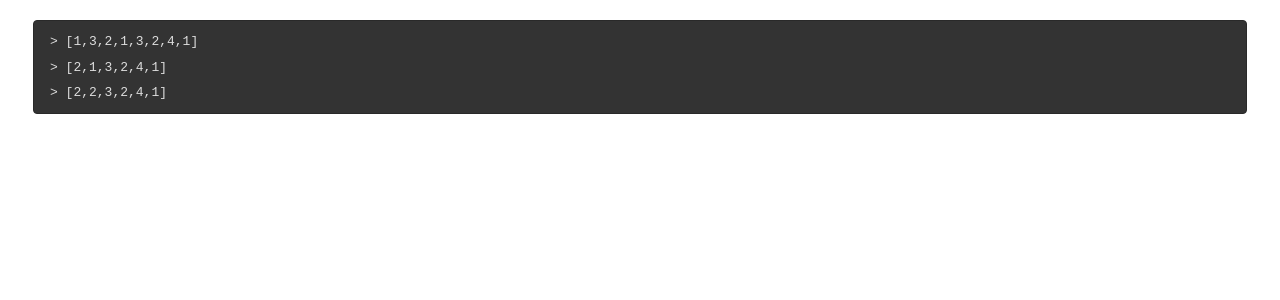
Repository: betaWeb/twicejs
Page: index.html
An editor plug-in stored every save of this project. The page is shown before and after the next save, followed by the edit.
The browser window is 1280 px wide. The pictures show the whole page.

Above is the page before, as saved 2019-12-12 14:32:16.

After the next save:
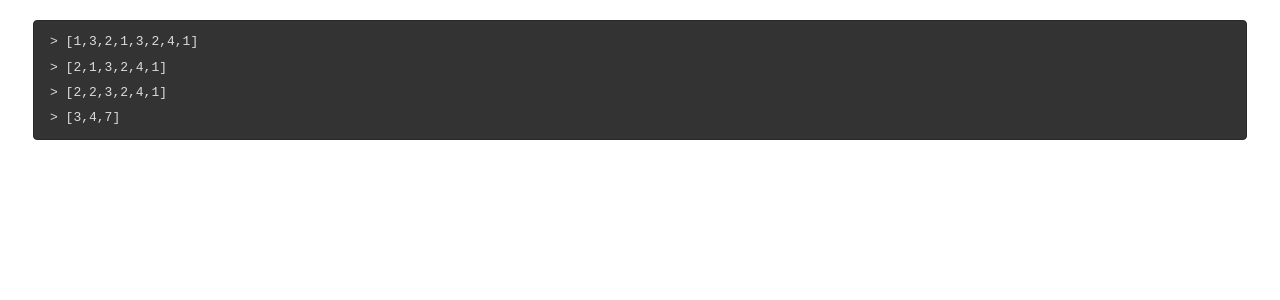
Saved 8 s later.
--- a/index.html
+++ b/index.html
@@ -54,6 +54,7 @@
             set.append(2)
             print(set.withCount)
             set.replace(2, 7)
+            print(set.entries)
         })
     </script>
 </body>
